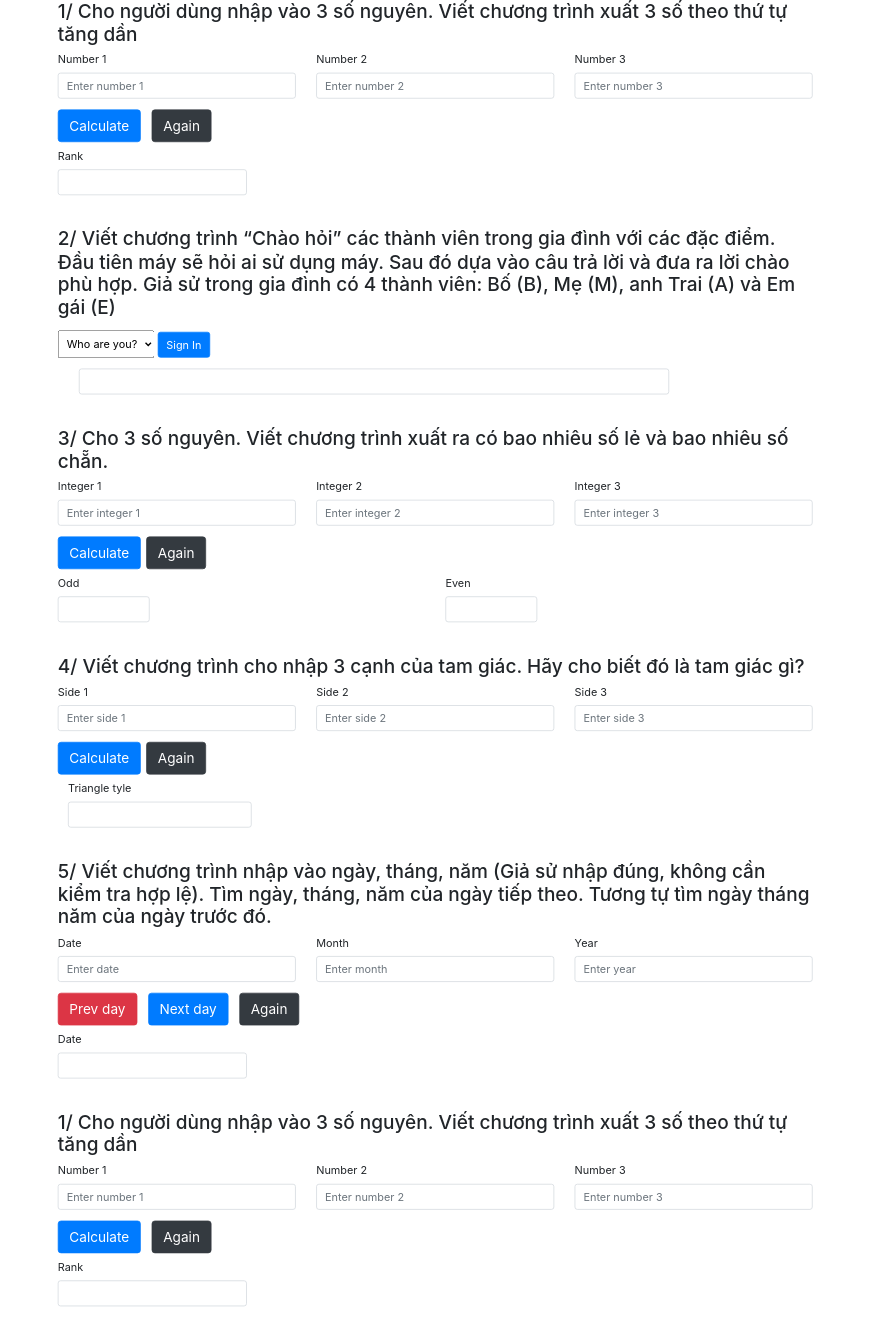
Repository: baobaodeveloper/bootscamp21__jsbasic__HuynhAnhBao
Page: index.html
An editor plug-in stored every save of this project. The page is shown before and after the next save, followed by the edit.
The browser window is 1280 px wide. The pictures show the whole page, at 68% of full size.

Above is the page before, as saved 2022-03-10 23:08:13.

### index.html
<!DOCTYPE html>
<html lang="en">
  <head>
    <title>javaScript basic</title>
    <!-- Required meta tags -->
    <meta charset="utf-8" />
    <meta
      name="viewport"
      content="width=device-width, initial-scale=1, shrink-to-fit=no"
    />

    <!-- Bootstrap CSS -->
    <link
      rel="stylesheet"
      href="https://stackpath.bootstrapcdn.com/bootstrap/4.3.1/css/bootstrap.min.css"
      integrity="sha384-ggOyR0iXCbMQv3Xipma34MD+dH/1fQ784/j6cY/iJTQUOhcWr7x9JvoRxT2MZw1T"
      crossorigin="anonymous"
    />
  </head>
  <body>
    <!--1 Cho người dùng nhập vào 3 số nguyên. Viết chương trình xuất 3 số theo thứ tự tăng dần -->
    <div class="container mb-xl-5">
      <h3>
        1/ Cho người dùng nhập vào 3 số nguyên. Viết chương trình xuất 3 số theo
        thứ tự tăng dần
      </h3>

      <div class="row">
        <div class="col">
          <label class="form-label">Number 1</label>
          <input
            type="number"
            class="form-control num1"
            placeholder="Enter number 1"
          />
        </div>
        <div class="col">
          <label class="form-label">Number 2</label>
          <input
            type="number"
            class="form-control num2"
            placeholder="Enter number 2"
          />
        </div>
        <div class="col">
          <label class="form-label">Number 3</label>
          <input
            type="number"
            class="form-control num3"
            placeholder="Enter number 3"
          />
        </div>
      </div>

      <div class="d-flex">
        <button
          type="button "
          class="btn btn-primary btn-lg mt-3 mb-2 btn-rank mr-3"
        >
          Calculate
        </button>

        <button
          type="button "
          class="btn btn-dark btn-lg mt-3 mb-2 btn-again-rank"
        >
          Again
        </button>
      </div>

      <div class="mt-3 m-auto">
        <label class="form-label">Rank</label>
        <input type="text" class="form-control w-25 result1" />
      </div>
    </div>

    <!--2 Viết chương trình “Chào hỏi” các thành viên trong gia đình với các đặc điểm. Đầu tiên máy
    sẽ hỏi ai sử dụng máy. Sau đó dựa vào câu trả lời và đưa ra lời chào phù hợp. Giả sử trong
    gia đình có 4 thành viên: Bố (B), Mẹ (M), anh Trai (A) và Em gái (E) -->
    <div class="container mb-5">
      <h3 class="mb-3">
        2/ Viết chương trình “Chào hỏi” các thành viên trong gia đình với các
        đặc điểm. Đầu tiên máy sẽ hỏi ai sử dụng máy. Sau đó dựa vào câu trả lời
        và đưa ra lời chào phù hợp. Giả sử trong gia đình có 4 thành viên: Bố
        (B), Mẹ (M), anh Trai (A) và Em gái (E)
      </h3>

      <select class="form-select p-2" aria-label="Default select example">
        <option selected>Who are you?</option>
        <option value="M">M</option>
        <option value="B">B</option>
        <option value="A">A</option>
        <option value="E">E</option>
      </select>

      <button type="button" class="btn btn-primary btn-sign-in">Sign In</button>

      <div class="m-3 row">
        <div class="col-sm-10">
          <input
            type="text"
            class="form-control output-sign-in"
            id="inputPassword"
          />
        </div>
      </div>
    </div>

    <!--  3 Cho 3 số nguyên. Viết chương trình xuất ra có bao nhiêu số lẻ và bao nhiêu số chẵn.-->
    <div class="container mb-xl-5">
      <h3>
        3/ Cho 3 số nguyên. Viết chương trình xuất ra có bao nhiêu số lẻ và bao
        nhiêu số chẵn.
      </h3>

      <div class="row">
        <div class="col">
          <label class="form-label">Integer 1</label>
          <input
            type="number"
            class="form-control integer1"
            placeholder="Enter integer 1"
          />
        </div>
        <div class="col">
          <label class="form-label">Integer 2</label>
          <input
            type="number"
            class="form-control integer2"
            placeholder="Enter integer 2"
          />
        </div>
        <div class="col">
          <label class="form-label">Integer 3</label>
          <input
            type="number"
            class="form-control integer3"
            placeholder="Enter integer 3"
          />
        </div>
      </div>

      <div class="d-flex">
        <button
          type="button"
          class="btn btn-primary btn-lg mt-3 mb-2 btn-integer mr-2"
        >
          Calculate
        </button>

        <button
          type="button "
          class="btn btn-light btn-lg mt-3 mb-2 btn-dark btn-again-integer"
        >
          Again
        </button>
      </div>

      <div class="row">
        <div class="mt-3 m-auto col">
          <label class="form-label">Odd</label>
          <input type="text" class="form-control w-25 outputOdd" />
        </div>
        <div class="mt-3 m-auto col">
          <label class="form-label">Even</label>
          <input type="text" class="form-control w-25 outputEven" />
        </div>
      </div>
    </div>

    <!--4 Viết chương trình cho nhập 3 cạnh của tam giác. Hãy cho biết đó là tam giác gì?-->

    <div class="container mb-xl-5">
      <h3>
        4/ Viết chương trình cho nhập 3 cạnh của tam giác. Hãy cho biết đó là
        tam giác gì?
      </h3>

      <div class="row">
        <div class="col">
          <label class="form-label">Side 1</label>
          <input
            type="number"
            class="form-control side1"
            placeholder="Enter side 1"
          />
        </div>
        <div class="col">
          <label class="form-label">Side 2</label>
          <input
            type="number"
            class="form-control side2"
            placeholder="Enter side 2"
          />
        </div>
        <div class="col">
          <label class="form-label">Side 3</label>
          <input
            type="number"
            class="form-control side3"
            placeholder="Enter side 3"
          />
        </div>
      </div>

      <div class="d-flex">
        <button
          type="button"
          class="btn btn-primary btn-lg mt-3 mb-2 mr-2 btn-triangle"
        >
          Calculate
        </button>

        <button
          type="button "
          class="btn btn-light btn-lg mt-3 mb-2 btn-dark btn-again-triangle"
        >
          Again
        </button>
      </div>

      <div class="mt-3 m-auto col">
        <label class="form-label">Triangle tyle</label>
        <input type="text" class="form-control w-25 triangle-type" />
      </div>
    </div>

    <!--5Viết chương trình nhập vào ngày, tháng, năm (Giả sử nhập đúng, không cần kiểm tra hợp
  lệ). Tìm ngày, tháng, năm của ngày tiếp theo. Tương tự tìm ngày tháng năm của ngày trước
  đó.  -->

    <div class="container mb-xl-5">
      <h3>
        5/ Viết chương trình nhập vào ngày, tháng, năm (Giả sử nhập đúng, không
        cần kiểm tra hợp lệ). Tìm ngày, tháng, năm của ngày tiếp theo. Tương tự
        tìm ngày tháng năm của ngày trước đó.
      </h3>

      <div class="row">
        <div class="col">
          <label class="form-label">Date</label>
          <input
            type="number"
            class="form-control date"
            placeholder="Enter date"
          />
        </div>
        <div class="col">
          <label class="form-label">Month</label>
          <input
            type="number"
            class="form-control month"
            placeholder="Enter month"
          />
        </div>
        <div class="col">
          <label class="form-label">Year</label>
          <input
            type="number"
            class="form-control year"
            placeholder="Enter year"
          />
        </div>
      </div>

      <div class="d-flex">
        <button
          type="button "
          class="btn btn-danger btn-lg mt-3 mb-2 btn-prev mr-3"
        >
          Prev day
        </button>
        <button
          type="button "
          class="btn btn-primary btn-lg mt-3 mb-2 btn-next mr-3"
        >
          Next day
        </button>

        <button
          type="button "
          class="btn btn-dark btn-lg mt-3 mb-2 btn-again-date"
        >
          Again
        </button>
      </div>

      <div class="mt-3 m-auto">
        <label class="form-label">Date</label>
        <input type="text" class="form-control w-25 date-text" />
      </div>
    </div>

    <!-- Viết chương trình nhập vào tháng, năm. Cho biết tháng đó có bao nhiêu ngày. (bao gồm
    tháng của năm nhuận).-->
    <div class="container mb-xl-5">
      <h3>
        1/ Cho người dùng nhập vào 3 số nguyên. Viết chương trình xuất 3 số theo
        thứ tự tăng dần
      </h3>

      <div class="row">
        <div class="col">
          <label class="form-label">Number 1</label>
          <input
            type="number"
            class="form-control num1"
            placeholder="Enter number 1"
          />
        </div>
        <div class="col">
          <label class="form-label">Number 2</label>
          <input
            type="number"
            class="form-control num2"
            placeholder="Enter number 2"
          />
        </div>
        <div class="col">
          <label class="form-label">Number 3</label>
          <input
            type="number"
            class="form-control num3"
            placeholder="Enter number 3"
          />
        </div>
      </div>

      <div class="d-flex">
        <button
          type="button "
          class="btn btn-primary btn-lg mt-3 mb-2 btn-rank mr-3"
        >
          Calculate
        </button>

        <button
          type="button "
          class="btn btn-dark btn-lg mt-3 mb-2 btn-again-rank"
        >
          Again
        </button>
      </div>

      <div class="mt-3 m-auto">
        <label class="form-label">Rank</label>
        <input type="text" class="form-control w-25 result1" />
      </div>
    </div>

    <!-- Optional JavaScript -->
    <!-- jQuery first, then Popper.js, then Bootstrap JS -->
    <script
      src="https://code.jquery.com/jquery-3.3.1.slim.min.js"
      integrity="sha384-q8i/X+965DzO0rT7abK41JStQIAqVgRVzpbzo5smXKp4YfRvH+8abtTE1Pi6jizo"
      crossorigin="anonymous"
    ></script>
    <script
      src="https://cdnjs.cloudflare.com/ajax/libs/popper.js/1.14.7/umd/popper.min.js"
      integrity="sha384-UO2eT0CpHqdSJQ6hJty5KVphtPhzWj9WO1clHTMGa3JDZwrnQq4sF86dIHNDz0W1"
      crossorigin="anonymous"
    ></script>
    <script
      src="https://stackpath.bootstrapcdn.com/bootstrap/4.3.1/js/bootstrap.min.js"
      integrity="sha384-JjSmVgyd0p3pXB1rRibZUAYoIIy6OrQ6VrjIEaFf/nJGzIxFDsf4x0xIM+B07jRM"
      crossorigin="anonymous"
    ></script>

    <!-- <script src="exercise1.js"></script> -->
    <!-- <script src="exercise2.js"></script> -->
    <!-- <script src="exercise3.js"></script> -->
    <!-- <script src="exercise4.js"></script> -->
    <script src="exercise5.js"></script>
  </body>
</html>

### exercise5.js
const date = document.querySelector(".date");
const month = document.querySelector(".month");
const year = document.querySelector(".year");
const btnNext = document.querySelector(".btn-next");
const btnAgainDay = document.querySelector(".btn-again-date");
const dateText = document.querySelector(".date-text");
const btnPrev = document.querySelector(".btn-prev");

btnNext.addEventListener("click", () => {
  const dateValue = +date.value;
  const monthValue = +month.value;
  const yearValue = +year.value;

  let dateNext;
  let monthNext;
  let yearNext;

  let dayNext = ``;
  //   Day normal

  if (
    dateValue <= 0 ||
    dateValue > 31 ||
    monthValue <= 0 ||
    monthValue > 12 ||
    yearValue <= 0 ||
    date.value === "" ||
    month.value === "" ||
    year.value === ""
  )
    return (dateText.value = "Invalid");
  dateNext = dateValue + 1;
  monthNext = monthValue;
  yearNext = yearValue;
  //   dayNext = `${dateNext} - ${monthNext} - ${yearNext}`;

  //   Day is 31 dates and month are 1,3,5,7,8,10,12

  if (dateValue === 31) {
    switch (monthValue) {
      case 1:
      case 3:
      case 5:
      case 7:
      case 8:
      case 10:
      case 12:
        dateNext = 1;
        monthNext = monthValue + 1;
        yearNext = yearValue;
        break;
      case 4:
      case 6:
      case 9:
      case 11:
        return (dateText.value = "Invalid");
    }
  }
  // end of the month 12

  if (dateValue === 31 && monthValue === 12) {
    dateNext = 1;
    monthNext = 1;
    yearNext = yearValue + 1;
  }

  //   Day is 30 dates and month are 4,6,9,11

  if (dateValue === 30) {
    switch (monthValue) {
      case 4:
      case 6:
      case 9:
      case 11:
        dateNext = 1;
        monthNext = monthValue + 1;
        yearNext = yearValue;
    }
  }

  //   leap year

  if (dateValue > 29 && yearValue % 4 === 0 && monthValue === 2) {
    return (dateText.value = "Invalid");
  }
  if (dateValue > 28 && yearValue % 4 !== 0 && monthValue === 2) {
    return (dateText.value = "Invalid");
  }

  if (dateValue === 29 && yearValue % 4 === 0 && monthValue === 2) {
    dateNext = 1;
    monthNext = monthValue + 1;
    yearNext = yearValue;
  } else if (monthValue === 2 && yearValue % 4 !== 0 && dateValue === 28) {
    dateNext = 1;
    monthNext = monthValue + 1;
    yearNext = yearValue;
  }

  dayNext = `${dateNext < 10 ? "0" + dateNext : dateNext} - ${
    monthNext < 10 ? "0" + monthNext : monthNext
  } - ${yearNext}`;

  dateText.value = dayNext;
});

btnAgainDay.addEventListener("click", () => {
  dateText.value = "";
  date.value = "";
  month.value = "";
  year.value = "";
});

btnPrev.addEventListener("click", () => {
  const dateValue = +date.value;
  const monthValue = +month.value;
  const yearValue = +year.value;

  let datePrev;
  let monthPrev;
  let yearPrev;

  let dayPrev = ``;
  //   Day normal

  if (
    dateValue <= 0 ||
    dateValue > 31 ||
    monthValue <= 0 ||
    monthValue > 12 ||
    yearValue <= 0 ||
    date.value === "" ||
    month.value === "" ||
    year.value === ""
  )
    return (dateText.value = "Invalid");
  datePrev = dateValue - 1;
  monthPrev = monthValue;
  yearPrev = yearValue;

  //   Day is 31 dates and month are 1,3,5,7,8,10,12

  if (dateValue === 1) {
    switch (monthValue) {
      case 1:
      case 3:
      case 5:
      case 7:
      case 8:
      case 10:
      case 12:
        datePrev = 30;
        monthPrev = monthValue - 1;
        yearPrev = yearValue;
    }
  }

  // end of the month 12

  if (dateValue === 1 && monthValue === 1) {
    datePrev = 31;
    monthPrev = 12;
    yearPrev = yearValue - 1;
  }

  //   Day is 30 dates and month are 4,6,9,11

  if (dateValue === 1) {
    switch (monthValue) {
      case 2:
      case 4:
      case 6:
      case 9:
      case 11:
        datePrev = 31;
        monthPrev = monthValue - 1;
        yearPrev = yearValue;
    }
  }

  if (dateValue === 31) {
    switch (monthValue) {
      case 4:
      case 6:
      case 9:
      case 11:
        return (dateText.value = "Invalid");
    }
  }

  //   leap year

  if (dateValue > 29 && yearValue % 4 === 0 && monthValue === 2) {
    return (dateText.value = "Invalid");
  }
  if (dateValue > 28 && yearValue % 4 !== 0 && monthValue === 2) {
    return (dateText.value = "Invalid");
  }

  if (dateValue === 1 && yearValue % 4 === 0 && monthValue === 3) {
    datePrev = 29;
    monthPrev = monthValue - 1;
    yearPrev = yearValue;
  } else if (monthValue === 3 && yearValue % 4 !== 0 && dateValue === 1) {
    datePrev = 28;
    monthPrev = monthValue - 1;
    yearPrev = yearValue;
  }

  dayPrev = `${datePrev < 10 ? "0" + datePrev : datePrev} - ${
    monthPrev < 10 ? "0" + monthPrev : monthPrev
  } - ${yearPrev}`;

  dateText.value = dayPrev;
});

After the next save:
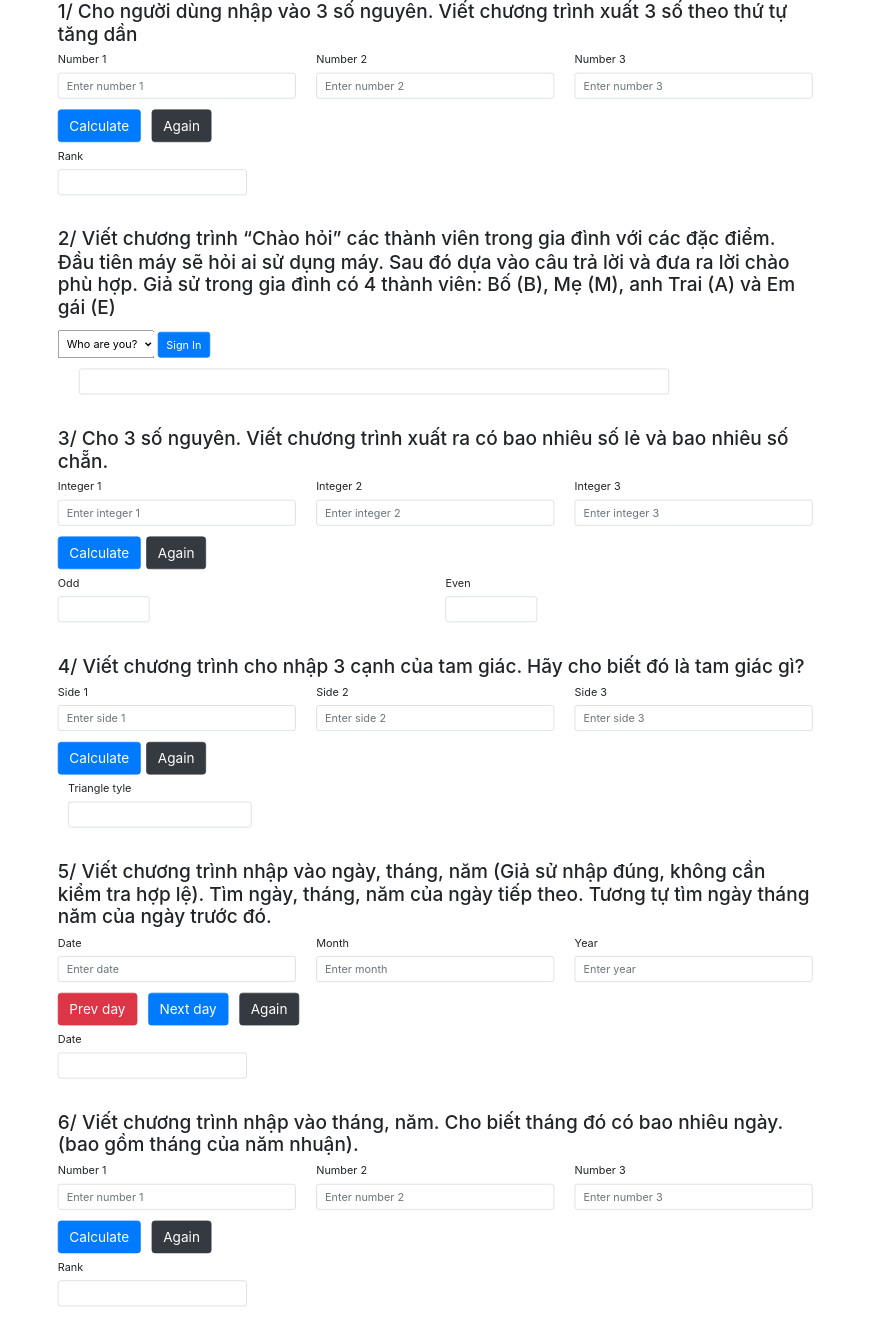
Saved 18 s later.
--- a/index.html
+++ b/index.html
@@ -295,8 +295,8 @@
     tháng của năm nhuận).-->
     <div class="container mb-xl-5">
       <h3>
-        1/ Cho người dùng nhập vào 3 số nguyên. Viết chương trình xuất 3 số theo
-        thứ tự tăng dần
+        6/ Viết chương trình nhập vào tháng, năm. Cho biết tháng đó có bao nhiêu
+        ngày. (bao gồm tháng của năm nhuận).
       </h3>
 
       <div class="row">
